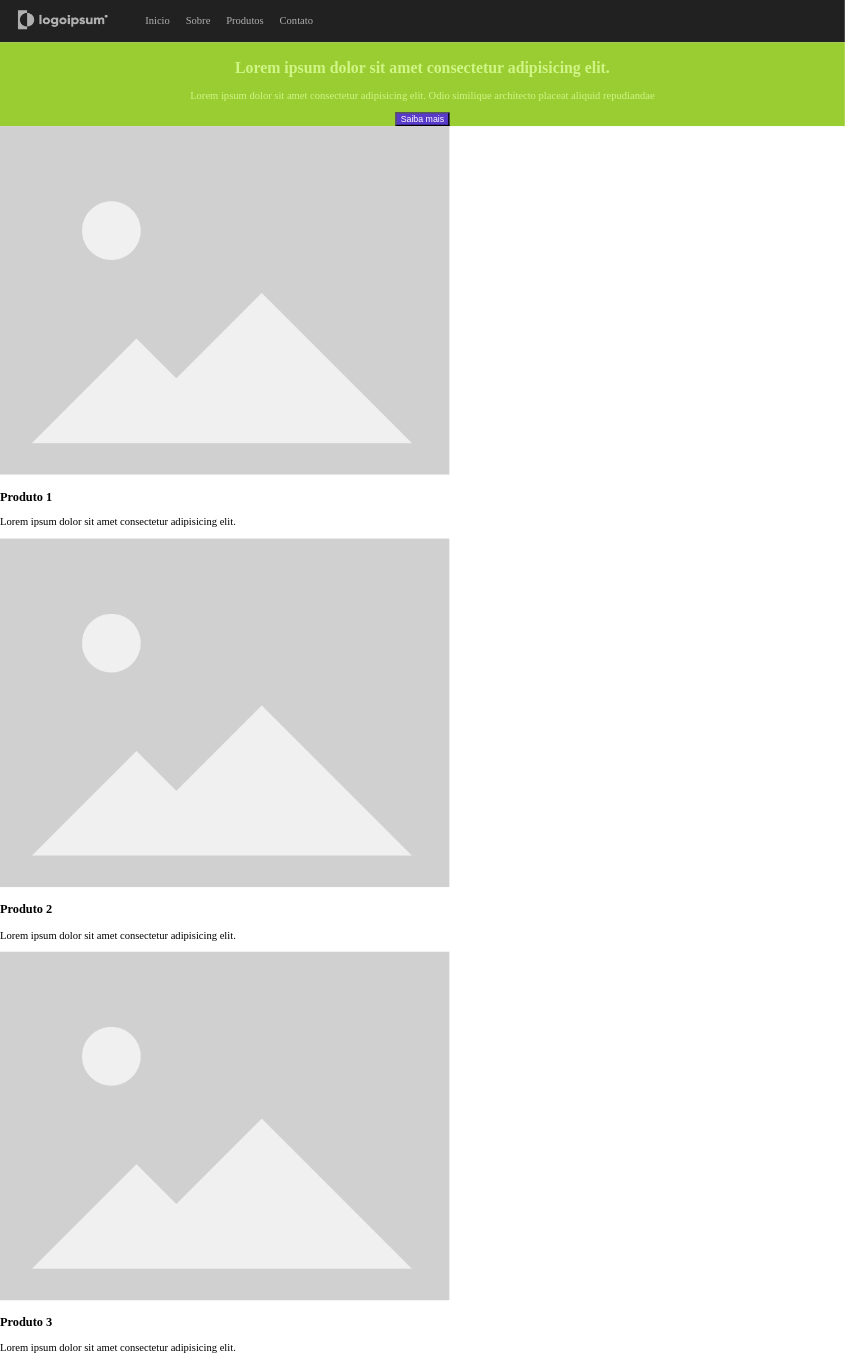
Repository: Carolden/SiteCrie_Ti
Page: index.html
These files come from the project's save history. The page is drawn as it stood at one moment and after the next save; the edit follows.
The browser window is 1280 px wide. The pictures show the whole page, at 66% of full size.

Above is the page before, as saved 2023-04-23 20:35:42.

After the next save:
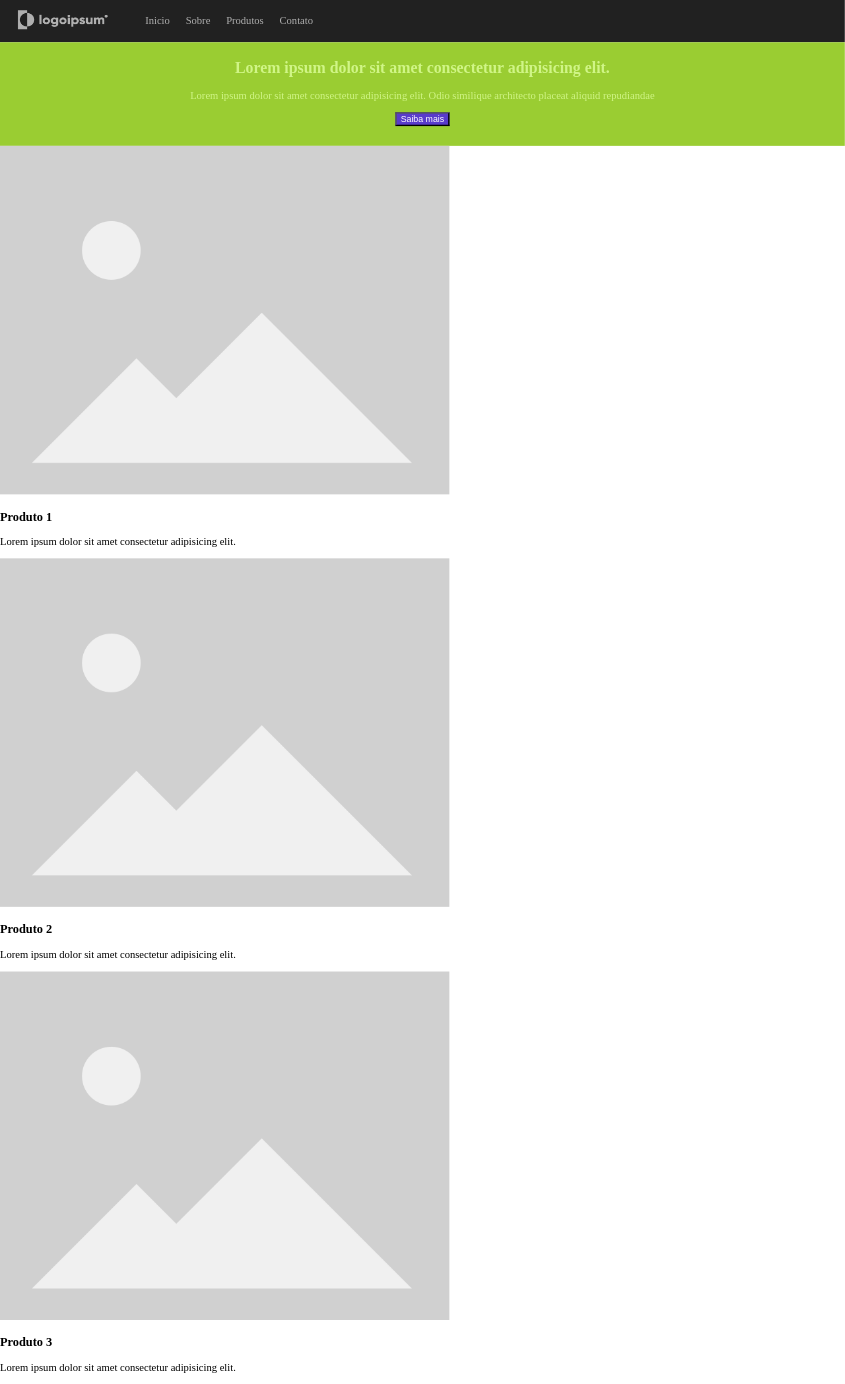
Saved 62 s later.
--- a/index.css
+++ b/index.css
@@ -34,6 +34,7 @@ header nav a {
     color: #d0f587;
     text-align: center;
     padding-top: 5px;
+    padding-bottom: 30px;
 
 }
 
